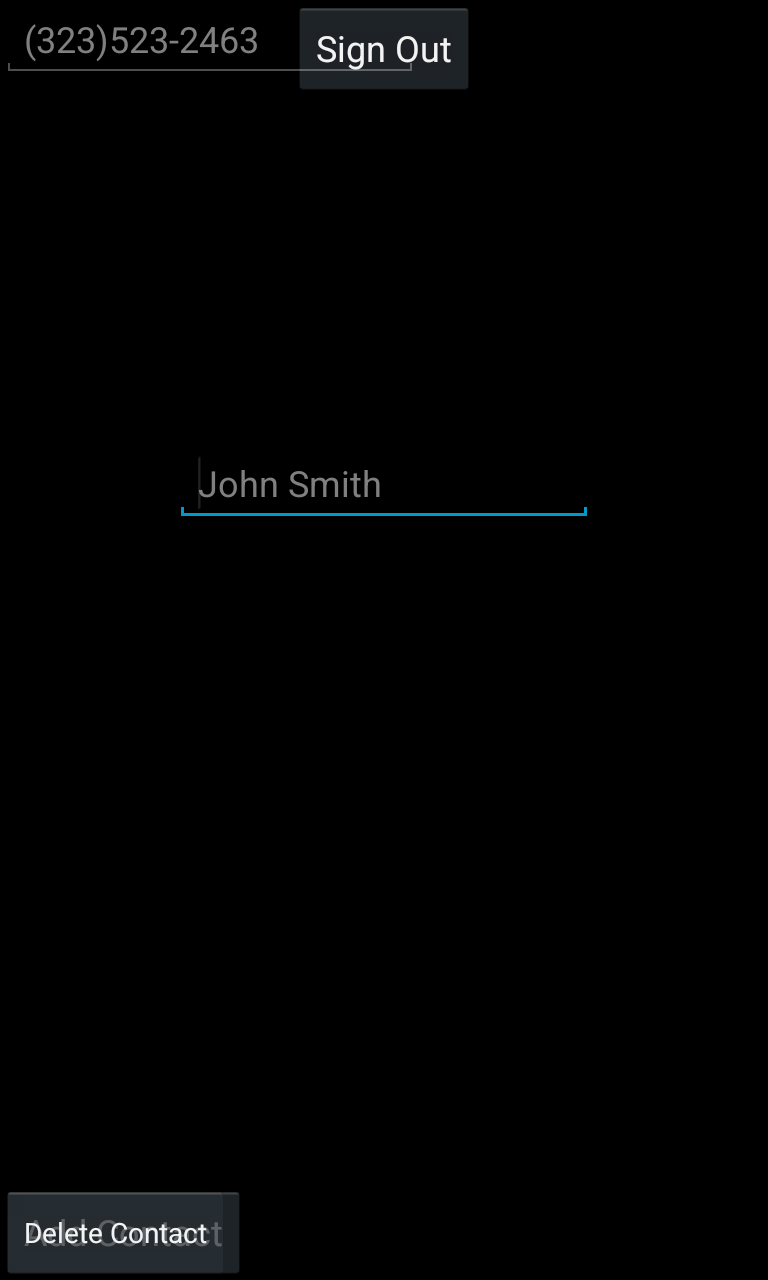
Repository: arianaantonio/CPMD
Layout: ContactsAppAndroid/res/layout/contacts_layout.xml
These files come from the project's save history. The layout is drawn as it stood at one moment and after the next save; the edit follows.
It is drawn on a 768 x 1280 px phone screen (xhdpi) without system bars, with theme android:Theme.Holo; the app's code is not run. Lists and similar views that code fills are empty.

Above is the layout before, as saved 2014-10-30 08:20:28.

After the next save:
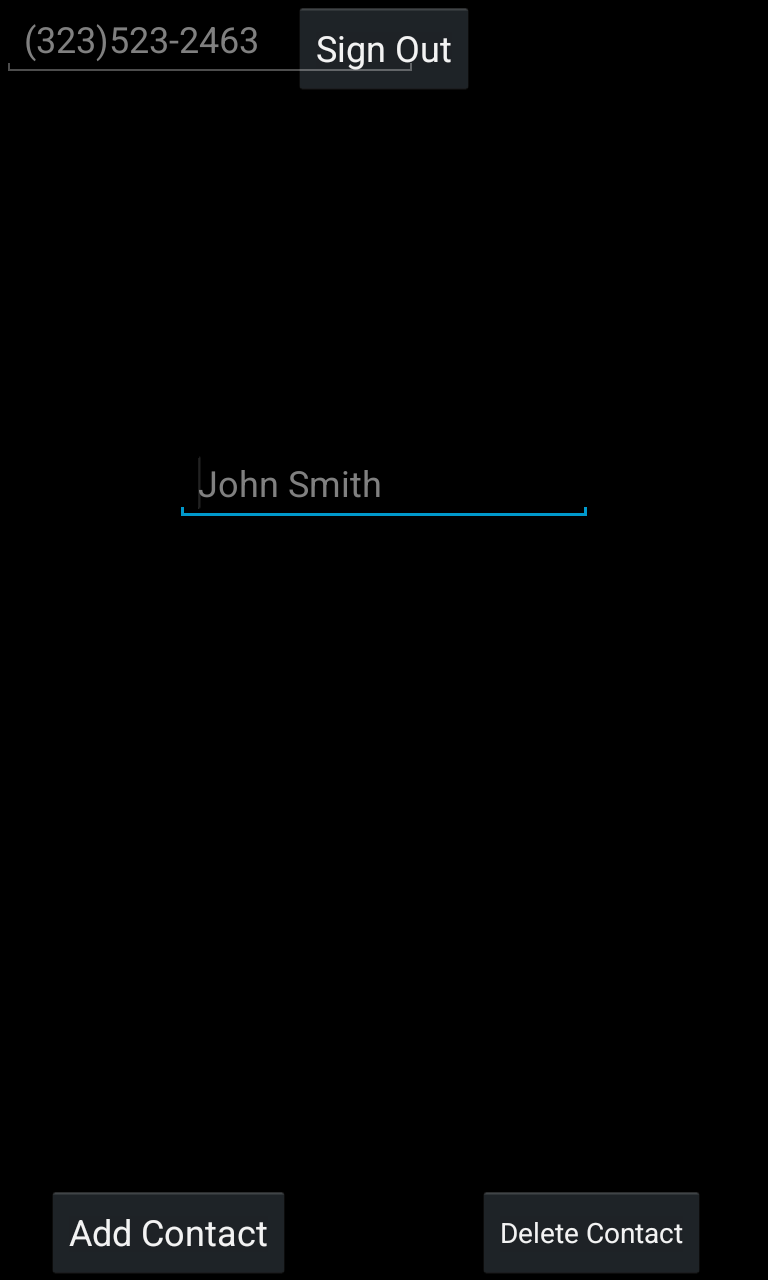
Saved 52 s later.
--- a/ContactsAppAndroid/res/layout/contacts_layout.xml
+++ b/ContactsAppAndroid/res/layout/contacts_layout.xml
@@ -20,7 +20,7 @@
         android:layout_width="wrap_content"
         android:layout_height="wrap_content"
         android:layout_alignParentBottom="true"
-        android:layout_toLeftOf="@+id/button1"
+        android:layout_toLeftOf="@+id/signoutButton"
         android:text="@string/add" />
 
     <Button
@@ -29,7 +29,7 @@
         android:layout_width="wrap_content"
         android:layout_height="wrap_content"
         android:layout_alignParentBottom="true"
-        android:layout_toRightOf="@+id/button1"
+        android:layout_toRightOf="@+id/signoutButton"
         android:text="@string/delete" />
 
     <EditText
